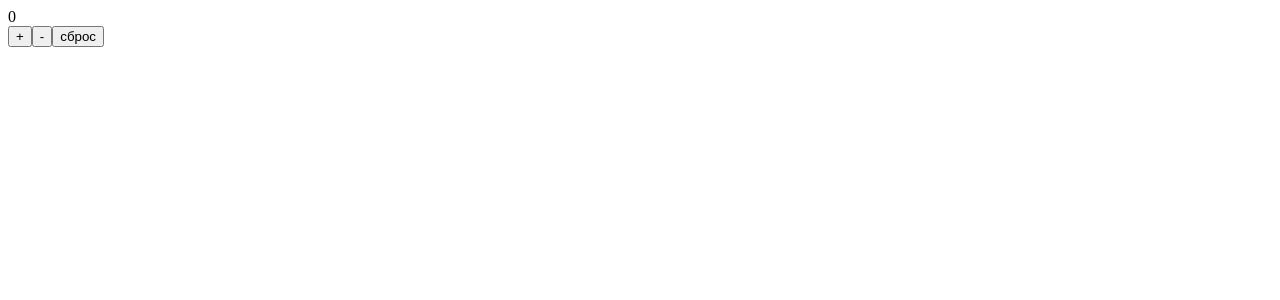
Repository: Denzoll/redux-toolkit-counter
Page: /
An editor plug-in stored every save of this project. The page is shown before and after the next save, followed by the edit.
The browser window is 1280 px wide. The pictures show the whole page.
The project was rebuilt for these pictures with package versions that can differ from the ones it lists, and the page was loaded fresh each time. Also part of the build but not shown: src/index.css.

Above is the page before, as saved 2022-06-27 13:24:20.

### src/index.js
import React from 'react';
import ReactDOM from 'react-dom/client';
import './index.css';
import App from './App';
import { store } from './app/store';
import { Provider } from 'react-redux/es/exports';


const root = ReactDOM.createRoot(document.getElementById('root'));
root.render(

   <Provider store={store}>
    <App />

  </Provider>

);

// If you want to start measuring performance in your app, pass a function
// to log results (for example: reportWebVitals(console.log))
// or send to an analytics endpoint. Learn more: https://bit.ly/CRA-vitals

### src/App.js
import { useSelector, useDispatch } from "react-redux";
import { minus, plus, zero } from "./feauters/counterReducer";
import ''

function App() {
  const num = useSelector((state) => state.counter);
  const dispach = useDispatch();
  const handleInc = () => {
    dispach(plus());
  };
  const handleDel = () => {
    dispach(minus());
  };

  const z = () => {
    dispach(zero());
  };
  return (
    <>
      <div>{num}</div>
      <button onClick={handleInc}> + </button>
      <button onClick={handleDel}>-</button>
      <button onClick={z}> сброс </button>
    </>
  );
}

export default App;

### src/app/store.js
import { configureStore } from "@reduxjs/toolkit";
import counterReducer from "../feauters/counterReducer";

export const  store = configureStore({
    reducer:counterReducer
})

### src/feauters/counterReducer.js
import { createAction } from "@reduxjs/toolkit/";
import { createReducer } from "@reduxjs/toolkit";

const initialState = {
  counter: 0,
};
export const plus = createAction("plus");
export const minus = createAction("minus");
export const zero = createAction("zero");

const counterReducer = createReducer(initialState, (builder) => {
  builder
    .addCase(plus, (state, action) => {
      state.counter += 1;
    })
    .addCase(minus, (state) => {
      if (state.counter > 0) {
        state.counter -= 1;
      }
    })
    .addCase(zero, (state) => {
      state.counter = 0;
    });
});

export default counterReducer;

Loaded but not shown: public/index.html (common file); src/App.css (common file)

After the next save:
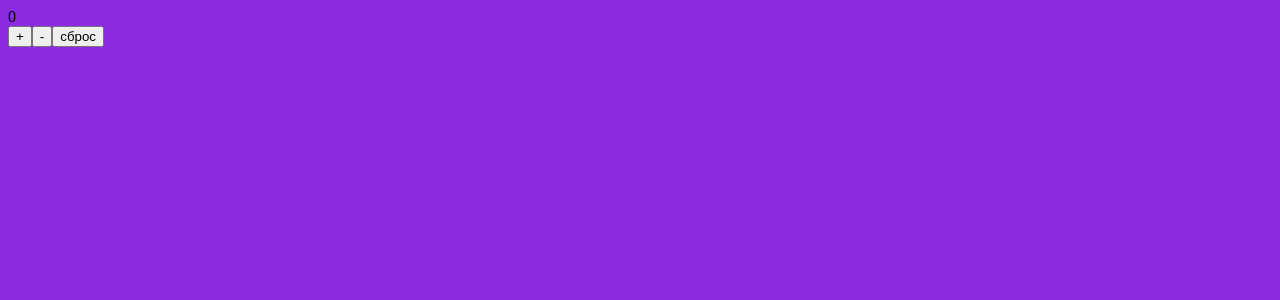
Saved 6 s later.
--- a/src/App.js
+++ b/src/App.js
@@ -1,6 +1,6 @@
 import { useSelector, useDispatch } from "react-redux";
 import { minus, plus, zero } from "./feauters/counterReducer";
-import ''
+import 'App.css'
 
 function App() {
   const num = useSelector((state) => state.counter);

After the 4 saves that followed:
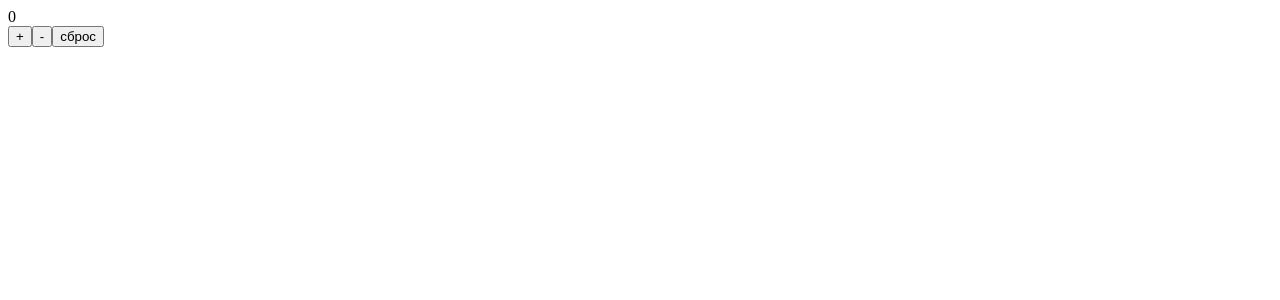
The 4 saves are shown as one change because 1 left the picture as it was and some came seconds apart.
The last was saved 23 s later.
--- a/src/App.js
+++ b/src/App.js
@@ -1,6 +1,6 @@
 import { useSelector, useDispatch } from "react-redux";
 import { minus, plus, zero } from "./feauters/counterReducer";
-import 'App.css'
+import './app'
 
 function App() {
   const num = useSelector((state) => state.counter);
